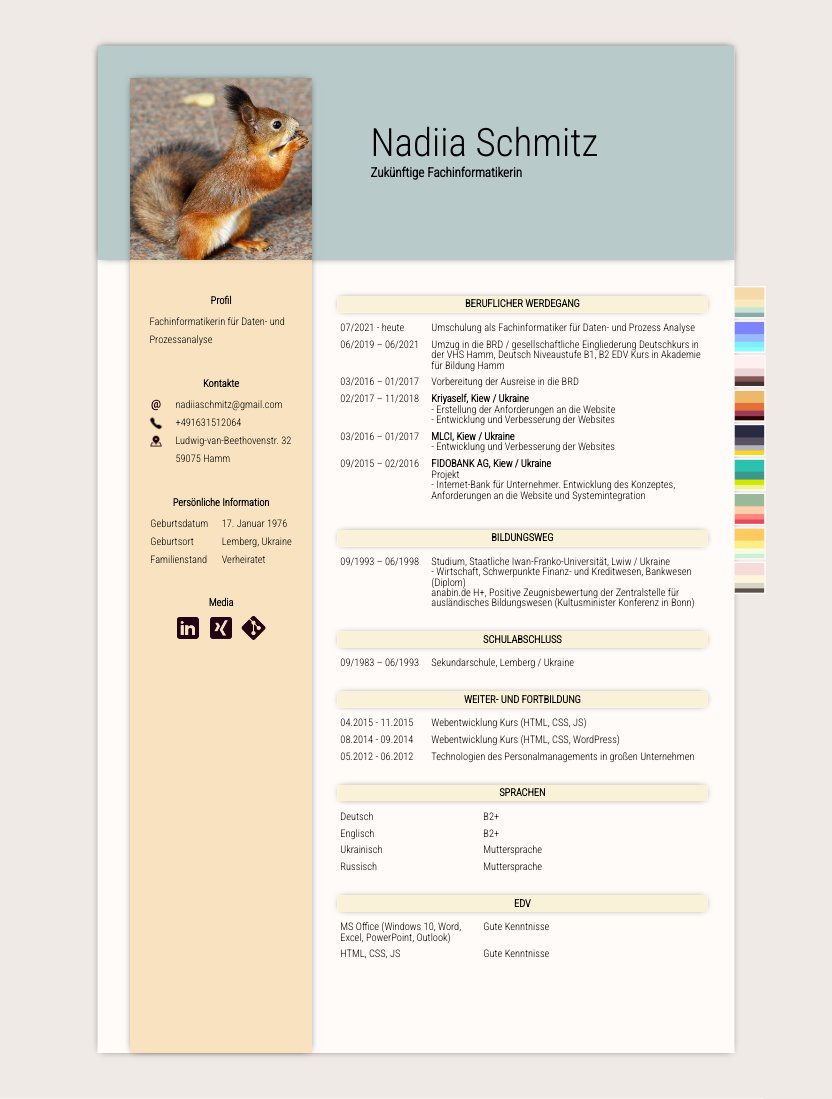
Repository: NadiaSchmitz/lebenslauf.nschmitz.githab.io
Page: index.html
The author's editor kept a record of every edit. The page is drawn from the files as they stood at one moment, then again after the next edit.
The browser window is 1280 px wide. The pictures show the whole page, at 65% of full size.

Above is the page before.

### index.html
<!DOCTYPE html>
<html>

<head>
  <meta charset="utf-8" />
  <title>Lebenslauf Nadiia Schmitz</title>
  <link rel="stylesheet" href="./styles/reset.css" type="text/css" />
  <link rel="stylesheet" href="./styles/style.css" type="text/css" />
  <link rel="stylesheet" href="./styles/icons.css" type="text/css" />
  <meta name="viewport" content="width=device-width, initial-scale=1.0">
  <link rel="preconnect" href="https://fonts.googleapis.com">
  <link rel="preconnect" href="https://fonts.gstatic.com" crossorigin>
  <link href="https://fonts.googleapis.com/css2?family=Roboto+Condensed:wght@300&display=swap" rel="stylesheet">
  <link rel="shortcut icon" href="images/favicon.png" type="image/x-icon">
  <script src="https://ajax.googleapis.com/ajax/libs/jquery/2.2.0/jquery.min.js"></script>
  <script type="text/javascript" src="./js/colors.js"></script>
</head>

<body>
  <section class="wrapper">
    <section class="inner_wrapper">
      <div class="content_wrapper">
        <header class="header">
          <div class="header_text">
            <h1>Nadiia Schmitz</h1>
            <h2>Zukünftige Fachinformatikerin</h2>
          </div>
        </header>
        <div class="color_schema_buttons_wrapper">
          <div id="pistachios" class="color_schema_button pistachios" title="pistachios"></div>
          <div id="sea" class="color_schema_button sea" title="sea"></div>
          <div id="cappuchino" class="color_schema_button cappuchino" title="cappuchino"></div>
          <div id="autumn" class="color_schema_button autumn" title="autumn"></div>
          <div id="bvb" class="color_schema_button bvb" title="bvb"></div>
          <div id="lime" class="color_schema_button lime" title="lime"></div>
          <div id="summer" class="color_schema_button summer" title="summer"></div>
          <div id="sun" class="color_schema_button sun" title="sun"></div>
          <div id="pastel" class="color_schema_button pastel" title="pastel"></div>
        </div>
        <div class="lebenslauf_wrapper">
          <div class="sidebar sidebar_left">
            <div class="sidebar_foto"></div>
            <div class="sidebar_content">
              <div class="sidebar_content_item profile">
                <h3>Profil</h3>
                <table>
                  <tr>
                    <td col="2">Fachinformatikerin für Daten- und Prozessanalyse</td>
                  </tr>
                </table>
              </div>
              <div class="sidebar_content_item contacts">
                <h3>Kontakte</h3>
                <table>
                  <tr>
                    <td>
                      <span class="sidebar_content_item_icon contacts_email"></span>
                    </td>
                    <td>nadiiaschmitz@gmail.com</td>
                  </tr>
                  <tr>
                    <td>
                      <span class="sidebar_content_item_icon contacts_phone"></span>
                    </td>
                    <td>+491631512064</td>
                  </tr>
                  <tr>
                    <td>
                      <span class="sidebar_content_item_icon contacts_adress"></span>
                    </td>
                    <td>Ludwig-van-Beethovenstr. 32 59075 Hamm</td>
                  </tr>
                </table>
              </div>
              <div class="sidebar_content_item personal">
                <h3>Persönliche Information</h3>
                <table>
                  <tr>
                    <td>Geburtsdatum</td>
                    <td>17. Januar 1976</td>
                  </tr>
                  <tr>
                    <td>Geburtsort</td>
                    <td>Lemberg, Ukraine</td>
                  </tr>
                  <tr>
                    <td>Familienstand</td>
                    <td>Verheiratet</td>
                  </tr>
                </table>
              </div>
              <div class="sidebar_content_item social">
                <h3>Media</h3>
                <table>
                  <tr>
                    <td><a href="https://www.linkedin.com/in/nadiia-schmitz-93491722" class="linkedin" target="_blank"></a></td>
                    <td><a href="https://www.xing.com/profile/Nadiia_Schmitz3" class="xing" target="_blank"></a></td>
                    <td><a href="https://github.com/NadiaSchmitz" class="git" target="_blank"></a></td>
                  </tr>
                </table>
              </div>
            </div>
          </div>
          <div class="sidebar sidebar_right">
            <div class="sidebar_right_content">
              <div class="sidebar_right_content_item">
                <h4>BERUFLICHER WERDEGANG</h4>
                <table>
                  <tr>
                    <td>07/2021 - heute</td>
                    <td>Umschulung als Fachinformatiker für Daten- und Prozess Analyse</td>
                  </tr>
                  <tr>
                    <td>06/2019 – 06/2021</td>
                    <td>Umzug in die BRD / gesellschaftliche Eingliederung Deutschkurs in der VHS Hamm, Deutsch Niveaustufe B1, B2 EDV Kurs in Akademie für Bildung Hamm
                    </td>
                  </tr>
                  <tr>
                    <td>03/2016 – 01/2017</td>
                    <td>Vorbereitung der Ausreise in die BRD</td>
                  </tr>
                  <tr>
                    <td>02/2017 – 11/2018</td>
                    <td>
                      <span class="employer">Kriyaself, Kiew / Ukraine</span>
                      <ul>
                        <li>- Erstellung der Anforderungen an die Website</li>
                        <li>- Entwicklung und Verbesserung der Websites</li>
                      </ul>
                    </td>
                  </tr>
                  <tr>
                    <td>03/2016 – 01/2017</td>
                    <td>
                      <span class="employer">MLCI, Kiew / Ukraine</span>
                      <ul>
                        <li>- Entwicklung und Verbesserung der Websites</li>
                      </ul>
                    </td>
                  </tr>
                  <tr>
                    <td>09/2015 – 02/2016</td>
                    <td>
                      <span class="employer">FIDOBANK AG, Kiew / Ukraine</span>
                      <ul>
                        Projekt
                        <li>- Internet-Bank für Unternehmer. Entwicklung des Konzeptes, Anforderungen an die Website und Systemintegration</li>
                      </ul>
                    </td>
                  </tr>
                  <tr>
                    <td></td>
                    <td></td>
                  </tr>
                </table>
              </div>
              <div class="sidebar_right_content_item">
                <h4>BILDUNGSWEG</h4>
                <table>
                  <tr>
                    <td>09/1993 – 06/1998</td>
                    <td>Studium, Staatliche Iwan-Franko-Universität, Lwiw / Ukraine
                      <ul>
                        <li>- Wirtschaft, Schwerpunkte Finanz- und Kreditwesen, Bankwesen (Diplom)</li>
                        <li>anabin.de H+, Positive Zeugnisbewertung der Zentralstelle für ausländisches Bildungswesen (Kultusminister Konferenz in Bonn)</li>
                      </ul>
                    </td>
                  </tr>
                </table>
              </div>
              <div class="sidebar_right_content_item">
                <h4>SCHULABSCHLUSS</h4>
                <table>
                  <tr>
                    <td>09/1983 – 06/1993</td>
                    <td>Sekundarschule, Lemberg / Ukraine</td>
                  </tr>
                </table>
              </div>
              <div class="sidebar_right_content_item">
                <h4>WEITER- UND FORTBILDUNG</h4>
                <table>
                  <tr>
                    <td>04.2015 - 11.2015</td>
                    <td>Webentwicklung Kurs (HTML, CSS, JS)</td>
                  </tr>
                  <tr>
                    <td>08.2014 - 09.2014</td>
                    <td>Webentwicklung Kurs (HTML, CSS, WordPress)</td>
                  </tr>
                  <tr>
                    <td>05.2012 - 06.2012</td>
                    <td>Technologien des Personalmanagements in großen Unternehmen</td>
                  </tr>
                </table>
              </div>
              <div class="sidebar_right_content_item lang">
                <h4>SPRACHEN</h4>
                <table>
                  <tr>
                    <td>Deutsch</td>
                    <td>B2+</td>
                  </tr>
                  <tr>
                    <td>Englisch</td>
                    <td>B2+</td>
                  </tr>
                  <tr>
                    <td>Ukrainisch</td>
                    <td>Muttersprache</td>
                  </tr>
                  <tr>
                    <td>Russisch</td>
                    <td>Muttersprache</td>
                  </tr>
                </table>
              </div>
              <div class="sidebar_right_content_item edv">
                <h4>EDV</h4>
                <table>
                  <tr>
                    <td>MS Office (Windows 10, Word, Excel, PowerPoint, Outlook)</td>
                    <td>Gute Kenntnisse</td>
                  </tr>
                  <tr>
                    <td>HTML, CSS, JS</td>
                    <td>Gute Kenntnisse</td>
                  </tr>
                </table>
              </div>
            </div>
          </div>
        </div>
      </div>
    </section>
  </section>
</body>

</html>

### styles/reset.css
html, body, div, span, applet, object, iframe,
h1, h2, h3, h4, h5, h6, p, blockquote, pre,
a, abbr, acronym, address, big, cite, code,
del, dfn, em, img, ins, kbd, q, s, samp,
small, strike, strong, sub, sup, tt, var,
b, u, i, center,
dl, dt, dd, ol, ul, li,
fieldset, form, label, legend,
table, caption, tbody, tfoot, thead, tr, th, td,
article, aside, canvas, details, embed,
figure, figcaption, footer, header, hgroup,
menu, nav, output, ruby, section, summary,
time, mark, audio, video {
	margin: 0;
	padding: 0;
	box-sizing: border-box;
	border: 0;
	font-size: 100%;
	font: inherit;
	vertical-align: baseline;
}
/* HTML5 display-role reset for older browsers */
article, aside, details, figcaption, figure,
footer, header, hgroup, menu, nav, section {
	display: block;
}
body {
	line-height: 1;
}
ol, ul {
	list-style: none;
}
blockquote, q {
	quotes: none;
}
blockquote:before, blockquote:after,
q:before, q:after {
	content: '';
	content: none;
}
table {
	border-collapse: collapse;
	border-spacing: 0;
}

### styles/style.css
html {
  font-family: 'Roboto Condensed', sans-serif;
  background-color: #efeae5;
}

.wrapper {}

.inner_wrapper {
  width: 980px;
  margin: 70px auto;
}

@media only screen and (max-width: 1080px) {
  .inner_wrapper {
    width: 900px;
    margin: 30px auto;
  }
}

@media only screen and (max-width: 900px) {
  .inner_wrapper {
    width: 100%;
    margin: 0;
  }
}

.content_wrapper {
  position: relative;
  background-color: #fffbf8;
  -webkit-box-shadow: 0px 0px 12px -5px rgba(0, 0, 0, 0.75);
  -moz-box-shadow: 0px 0px 12px -5px rgba(0, 0, 0, 0.75);
  box-shadow: 0px 0px 12px -5px rgba(0, 0, 0, 0.75);
}

.header {
  height: 330px;
  background-color: rgb(135 170 170 / 59%);
  -webkit-box-shadow: 0px 0px 12px -5px rgba(0, 0, 0, 0.75);
  -moz-box-shadow: 0px 0px 12px -5px rgba(0, 0, 0, 0.75);
  box-shadow: 0px 0px 12px -5px rgba(0, 0, 0, 0.75);
}

@media only screen and (max-width: 1080px) {
  .header {
    height: 280px;
  }
}

@media only screen and (max-width: 900px) {
  .header {
    height: 580px;
    padding: 60px 0 0 0;
  }
}

@media only screen and (max-width: 480px) {
  .header {
    padding: 70px 0 0 0;
  }
}

.header_text {
  margin: 0 0 0 420px;
  padding: 120px 0 0 0;
}

@media only screen and (max-width: 1080px) {
  .header_text {
    margin: 0 0 0 380px;
    padding: 100px 0 0 0;
  }
}

@media only screen and (max-width: 900px) {
  .header_text {
    text-align: center;
    margin: 0;
    padding: 0;
  }
}

h1 {
  color: #000000;
  font-size: 60px;
  margin: 0 0 5px 0;
}

@media only screen and (max-width: 900px) {
  h1 {
    font-size: 50px;
  }
}

@media only screen and (max-width: 480px) {
  h1 {
    font-size: 36px;
    font-weight: 700;
  }
}

h2 {
  color: #000000;
  font-size: 20px;
  font-weight: 600;
}

@media only screen and (max-width: 480px) {
  h2 {
    font-size: 16px;
  }
}

.sidebar {
  display: inline-block;
  vertical-align: top;
}

@media only screen and (max-width: 900px) {
  .lebenslauf_wrapper {
    padding: 0 30px 30px 30px;
  }
}

@media only screen and (max-width: 480px) {
  .lebenslauf_wrapper {
    padding: 0 15px 15px 15px;
  }
}

@media only screen and (max-width: 360px) {
  .lebenslauf_wrapper {
    padding: 0 10px 10px 10px;
  }
}

.sidebar_left {
  width: 280px;
  height: 1500px;
  background-color: rgb(246 215 167 / 68%);
  -webkit-box-shadow: 0px 0px 12px -5px rgba(0, 0, 0, 0.75);
  -moz-box-shadow: 0px 0px 12px -5px rgba(0, 0, 0, 0.75);
  box-shadow: 0px 0px 12px -5px rgba(0, 0, 0, 0.75);
  margin: -280px 0 0 50px;
}

@media only screen and (max-width: 1080px) {
  .sidebar_left {
    width: 250px;
    margin: -250px 0 0 30px;
  }
}

@media only screen and (max-width: 900px) {
  .sidebar_left {
    width: 100%;
    height: auto;
    margin: -380px 0 0 0;
  }
}

.sidebar_foto {
  width: 280px;
  height: 280px;
  background-image: url(../images/foto.jpg);
  background-position: 50%;
  background-size: cover;
}

@media only screen and (max-width: 1080px) {
  .sidebar_foto {
    width: 250px;
    height: 250px;
  }
}

@media only screen and (max-width: 900px) {
  .sidebar_foto {
    width: 350px;
    height: 350px;
    margin: 30px auto 0;
  }
}

@media only screen and (max-width: 480px) {
  .sidebar_foto {
    width: 320px;
    height: 320px;
  }
}

@media only screen and (max-width: 360px) {
  .sidebar_foto {
    width: 100%;
  }
}

.sidebar_content {
  padding: 55px 30px 30px 30px;
}

@media only screen and (max-width: 1080px) {
  .sidebar_content {
    padding: 45px 20px 20px 20px;
  }
}

@media only screen and (max-width: 900px) {
  .sidebar_content {
    padding: 50px 20px 20px 20px;
  }
}

@media only screen and (max-width: 480px) {
  .sidebar_content {
    padding: 80px 20px 20px 20px;
  }
}

.sidebar_content_item {
  margin: 0 0 30px 0;
  padding: 0 0 15px 0;
}

.sidebar_content_item:last-of-type {
  border-bottom: 1px solid transparent;
  margin: 0;
}

h3 {
  color: #000000;
  font-size: 16px;
  font-weight: 600;
  text-align: center;
  margin: 0 0 10px 0;
}

.sidebar_content_item table {
  margin: 0 auto;
}

.sidebar_content_item table td {
  height: 28px;
  font-size: 16px;
  line-height: 28px;
}

@media only screen and (max-width: 360px) {
  .sidebar_content_item table td {
    font-size: 14px;
  }
}

.profile table td {
  width: 100%;
}

.contacts table td:nth-of-type(1) {
  width: 40px;
}

.personal table td:nth-of-type(1) {
  width: 110px;
}

.social table {
  margin: 0 auto;
}

.social table td {
  width: 33%;
  padding: 0 5px 0 5px;
}

.social table td a {
  display: inline-block;
  width: 40px;
  height: 40px;
  background-size: contain;
  background-position: 50%;
  cursor: pointer;
}

.sidebar_content_item_icon {
  display: inline-block;
  vertical-align: middle;
  width: 20px;
  height: 20px;
  background-size: contain;
  background-position: 50%;
}

.sidebar_right {
  width: calc(100% - 280px - 60px);
  padding: 55px 35px 35px 35px;
}

@media only screen and (max-width: 1080px) {
  .sidebar_right {
    width: calc(100% - 250px - 35px);
    padding: 40px 75px 20px 20px;
  }
}

@media only screen and (max-width: 900px) {
  .sidebar_right {
    width: 100%;
    padding: 40px 20px 50px 20px;
  }
}

@media only screen and (max-width: 480px) {
  .sidebar_right {
    width: 100%;
    padding: 60px 0 50px 0;
  }
}

.sidebar_right_content_item {
  margin: 0 0 30px 0;
}

.sidebar_right_content_item h4 {
  color: #000000;
  font-size: 16px;
  font-weight: 600;
  text-align: center;
  background-color: rgb(246 234 190 / 54%);
  -webkit-box-shadow: 0px 0px 12px -5px rgba(0, 0, 0, 0.75);
  -moz-box-shadow: 0px 0px 12px -5px rgba(0, 0, 0, 0.75);
  box-shadow: 0px 0px 12px -5px rgba(0, 0, 0, 0.75);
  margin: 0 0 10px 0;
  padding: 5px;
}

.sidebar_right_content_item table tr td {
  font-size: 16px;
  padding: 5px;
}

.sidebar_right_content_item .employer {
  font-weight: 700;
}

.sidebar_right_content_item .project {
  text-decoration: underline;
}

.sidebar_right_content_item .addition {
  font-style: italic;
}

@media only screen and (max-width: 360px) {
  .sidebar_right_content_item table tr td {
    font-size: 14px;
  }
}

.sidebar_right_content_item table tr td:nth-of-type(1) {
  width: 140px;
}

@media only screen and (max-width: 360px) {
  .sidebar_right_content_item table tr td:nth-of-type(1) {
    width: 120px;
  }
}

.edv {
  width: 100%;
}

.lang table tr td:nth-of-type(1),
.edv table tr td:nth-of-type(1) {
  width: 220px;
}

@media only screen and (max-width: 360px) {
  .lang table tr td:nth-of-type(1),
  .edv table tr td:nth-of-type(1) {
    width: 170px;
  }
}

.color_schema_buttons_wrapper {
  position: absolute;
  right: -48px;
  top: 370px;
}

@media only screen and (max-width: 1080px) {
  .color_schema_buttons_wrapper {
    right: 0;
    top: 282px;
  }
}

@media only screen and (max-width: 900px) {
  .color_schema_buttons_wrapper {
    right: 0;
    top: 600px;
  }
}

@media only screen and (max-width: 360px) {
  .color_schema_buttons_wrapper {
    display: none;
  }
}

.color_schema_button {
  width: 50px;
  height: 50px;
  background-position: 50%;
  background-size: contain;
  border: 2px solid #fffbf8;
  margin: 0 0 3px 0;
}

@media only screen and (max-width: 1080px) {
  .color_schema_button {
    width: 40px;
    height: 40px;
  }
}

.pistachios {
  background-image: url(../images/pistachios.png);
}

.sea {
  background-image: url(../images/sea.png);
}

.cappuchino {
  background-image: url(../images/cappuchino.png);
}

.autumn {
  background-image: url(../images/autumn.png);
}

.bvb {
  background-image: url(../images/bvb.png);
}

.lime {
  background-image: url(../images/lime.png);
}

.summer {
  background-image: url(../images/summer.png);
}

.sun {
  background-image: url(../images/sun.png);
}

.pastel {
  background-image: url(../images/pastel.png);
}

### js/colors.js
var colorSchemeArray = [];
colorSchemeArray = [{
    schemeName: "standart",
    colorHeader: "rgb(135 170 170 / 59%)",
    colorSidebarLeft: "rgb(246 215 167 / 68%)",
    colorTopic: "rgb(246 234 190 / 54%)"
  },

  {
    schemeName: "sea",
    colorHeader: "rgb(124 131 253 / 58%)",
    colorSidebarLeft: "rgba(125, 237, 255, 0.53)",
    colorTopic: "rgb(150 186 255 / 52%)"
  },

  {
    schemeName: "cappuchino",
    colorHeader: "rgba(131, 88, 88, 0.7)",
    colorSidebarLeft: "#EBD4D4",
    colorTopic: "#FFF0F0"
  },

  {
    schemeName: "autumn",
    colorHeader: "rgb(156 61 84 / 76%)",
    colorSidebarLeft: "rgb(226 112 58 / 62%)",
    colorTopic: "rgb(238 183 107 / 75%)"
  },

  {
    schemeName: "bvb",
    colorHeader: "#595260",
    colorSidebarLeft: "#FFD523",
    colorTopic: "#B2B1B9",
  },

  {
    schemeName: "lime",
    colorHeader: "rgb(46 193 172 / 51%)",
    colorSidebarLeft: "rgb(210 230 3 / 49%)",
    colorTopic: "rgb(239 244 142 / 53%)",
  },

  {
    schemeName: "summer",
    colorHeader: "rgb(255 132 124 / 85%)",
    colorSidebarLeft: "rgb(153 184 152 / 65%)",
    colorTopic: "#FECEAB",
  },

  {
    schemeName: "sun",
    colorHeader: "#FFEC85",
    colorSidebarLeft: "#C9F0D6",
    colorTopic: "#F2FFDF",
  },

  {
    schemeName: "pastel",
    colorHeader: "#F7DAD9",
    colorSidebarLeft: "#FFF5DA",
    colorTopic: "#D6D2C4",
  }
]

// console.log(colorSchemeArray.length)

$(document).ready(function() {
  $(".color_schema_button").click(function() {
    var buttonId = $(this).attr('id');
    console.log(buttonId);
    for (var i = 0; i < colorSchemeArray.length; i++) {
      console.log(colorSchemeArray[i].schemeName)
      if (buttonId == colorSchemeArray[i].schemeName) {
        var styleId = i;
        $('.header').css('backgroundColor', colorSchemeArray[styleId].colorHeader);
        $('.sidebar_left').css('backgroundColor', colorSchemeArray[styleId].colorSidebarLeft);
        $('h4').css('backgroundColor', colorSchemeArray[styleId].colorTopic);
      }
    }
  });
})

Loaded but not shown: styles/icons.css (library)

After the next edit:
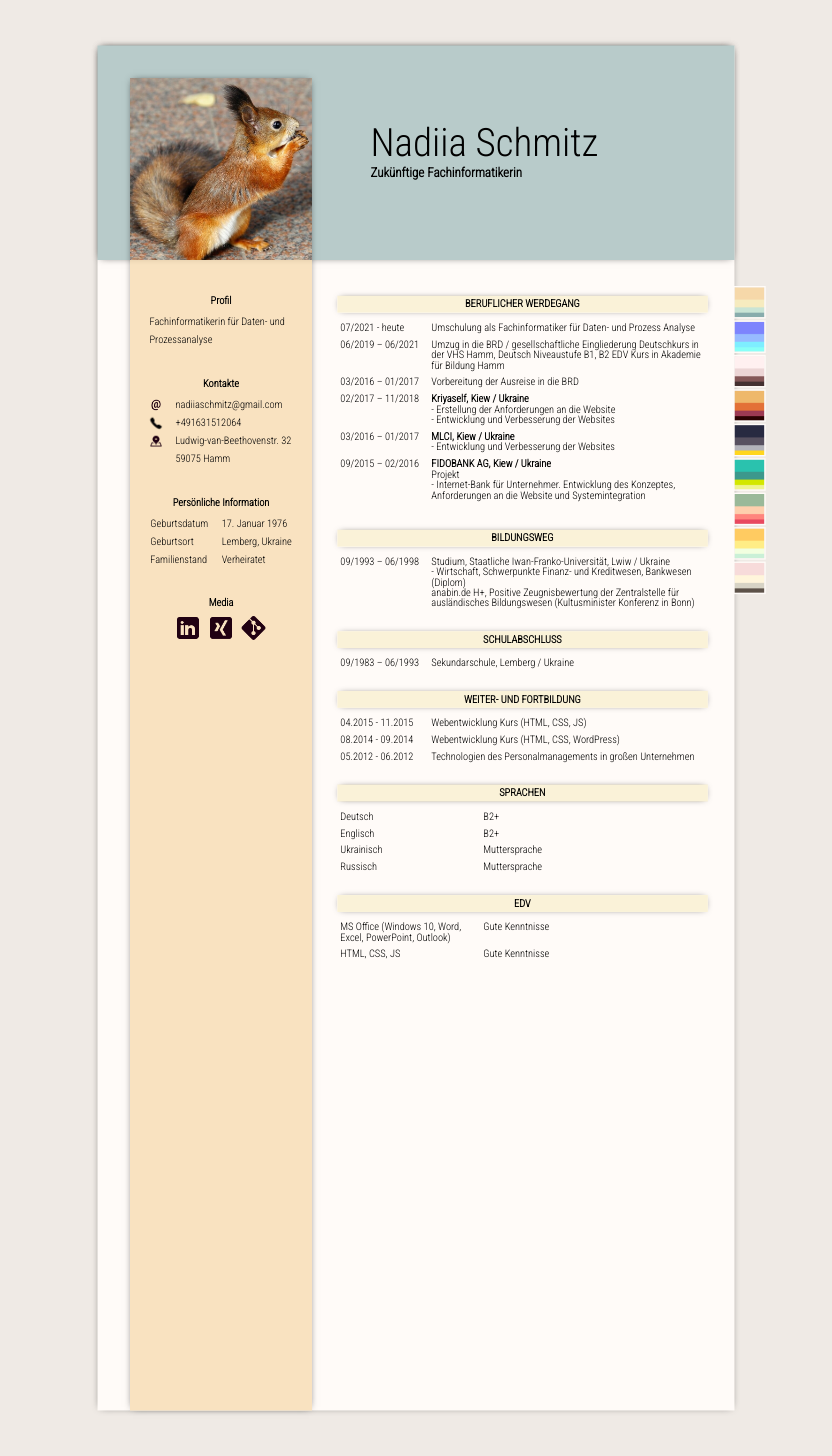
The edit:
--- a/styles/style.css
+++ b/styles/style.css
@@ -135,7 +135,7 @@
 
 .sidebar_left {
   width: 280px;
-  height: 1500px;
+  height: 2050px;
   background-color: rgb(246 215 167 / 68%);
   -webkit-box-shadow: 0px 0px 12px -5px rgba(0, 0, 0, 0.75);
   -moz-box-shadow: 0px 0px 12px -5px rgba(0, 0, 0, 0.75);
